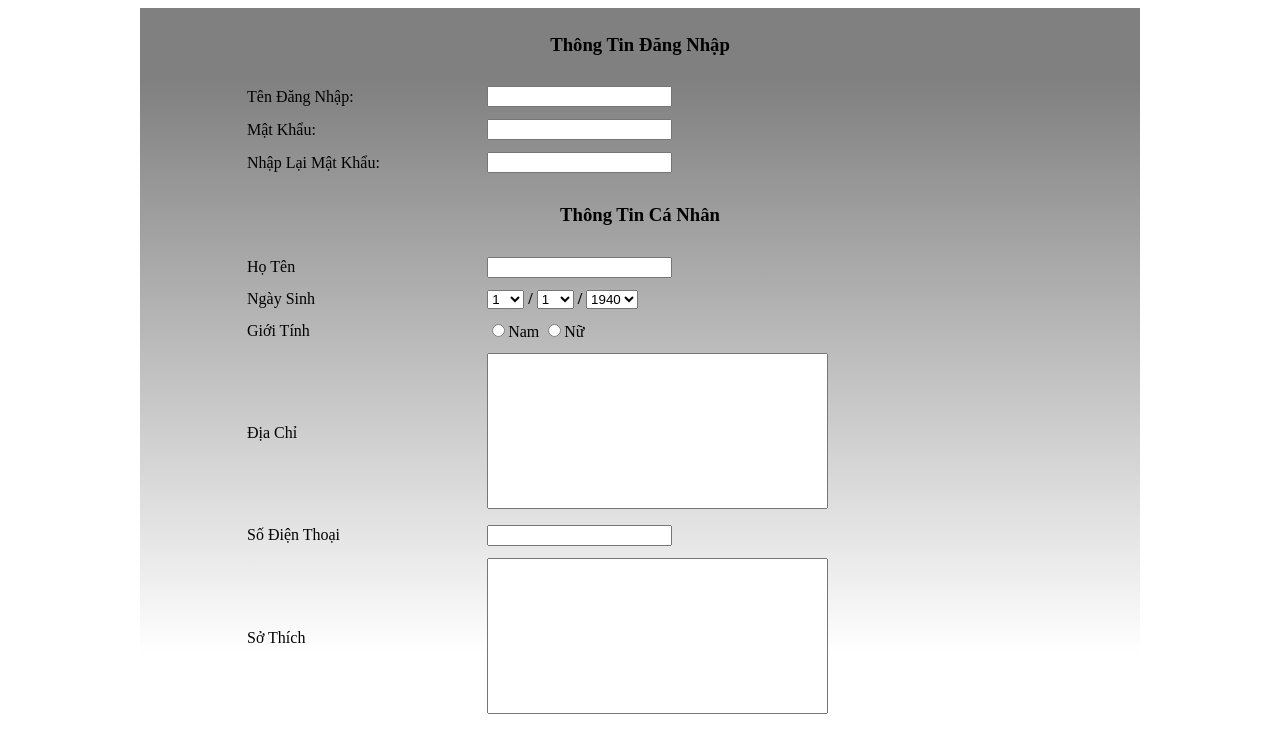
Repository: Tan-Khang21/TH_TKW--Buoi_04
Page: Bai_Tap_Tren_Lop/Bai_01/Form5.html
These files come from the project's save history. The page is drawn as it stood at one moment and after the next save; the edit follows.
The browser window is 1280 px wide. The pictures show the whole page.

Above is the page before, as saved 2024-03-06 11:47:21.

After the next save:
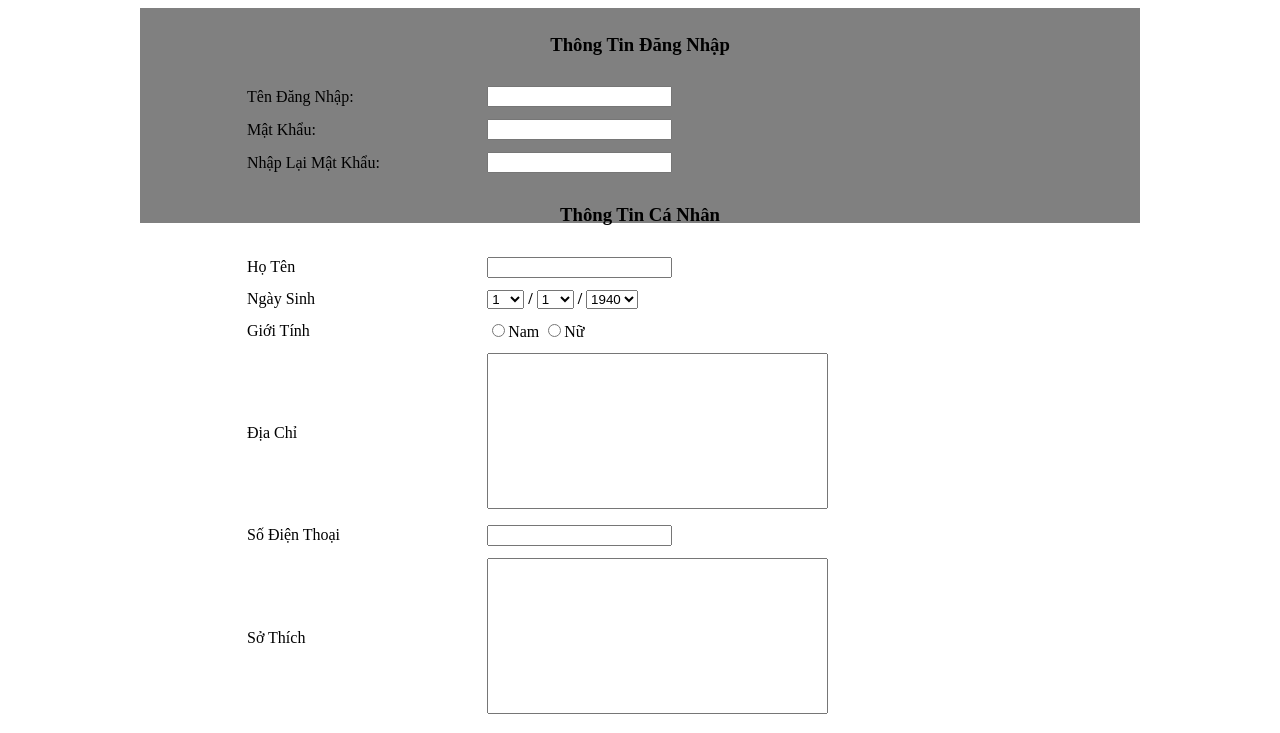
Saved 2 min 18 s later.
--- a/Bai_Tap_Tren_Lop/Bai_01/Form5.html
+++ b/Bai_Tap_Tren_Lop/Bai_01/Form5.html
@@ -8,7 +8,7 @@
 </head>
 <body>
     <div style="width: 1000px;margin: 0 auto;
-     background: linear-gradient(to bottom,gray 10%,white 90%);">
+     background: linear-gradient(to bottom,gray 30%,white 30%);">
         <table cellpadding="5px" align="center"  style="width: 800px;">
             <tr>
                 <th colspan="3"><h3>Thông Tin Đăng Nhập</h3></th>
